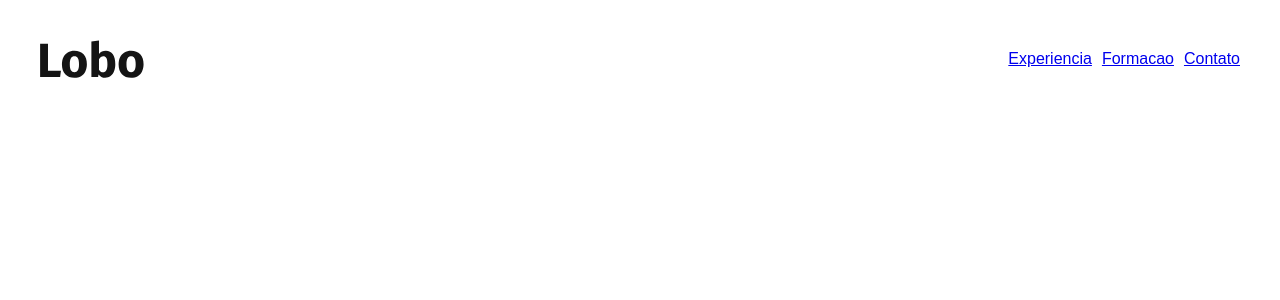
Repository: RflBueno/estudos
Page: Projeto Lobo/index.html
The author's editor kept a copy of each file at every save. The page is drawn from the files as they stood at one save, then again after the next save.
The browser window is 1280 px wide. The pictures show the whole page.

Above is the page before, as saved 2025-03-27 23:29:41.

After the next save:
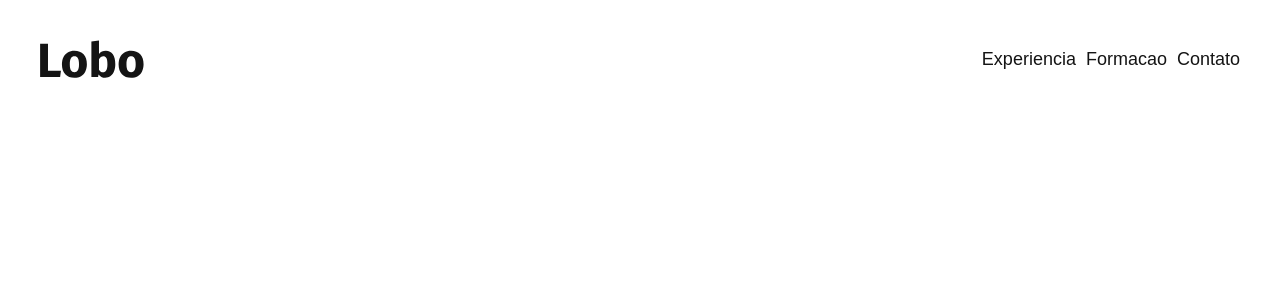
Saved 2 min 14 s later.
--- a/Projeto Lobo/css/header.css
+++ b/Projeto Lobo/css/header.css
@@ -12,3 +12,9 @@
     flex-wrap: wrap;
     gap: 10px;
 }
+
+.header-menu a {
+    color: #141414;
+    text-decoration: none;
+    font-size: 1.125rem;
+}
